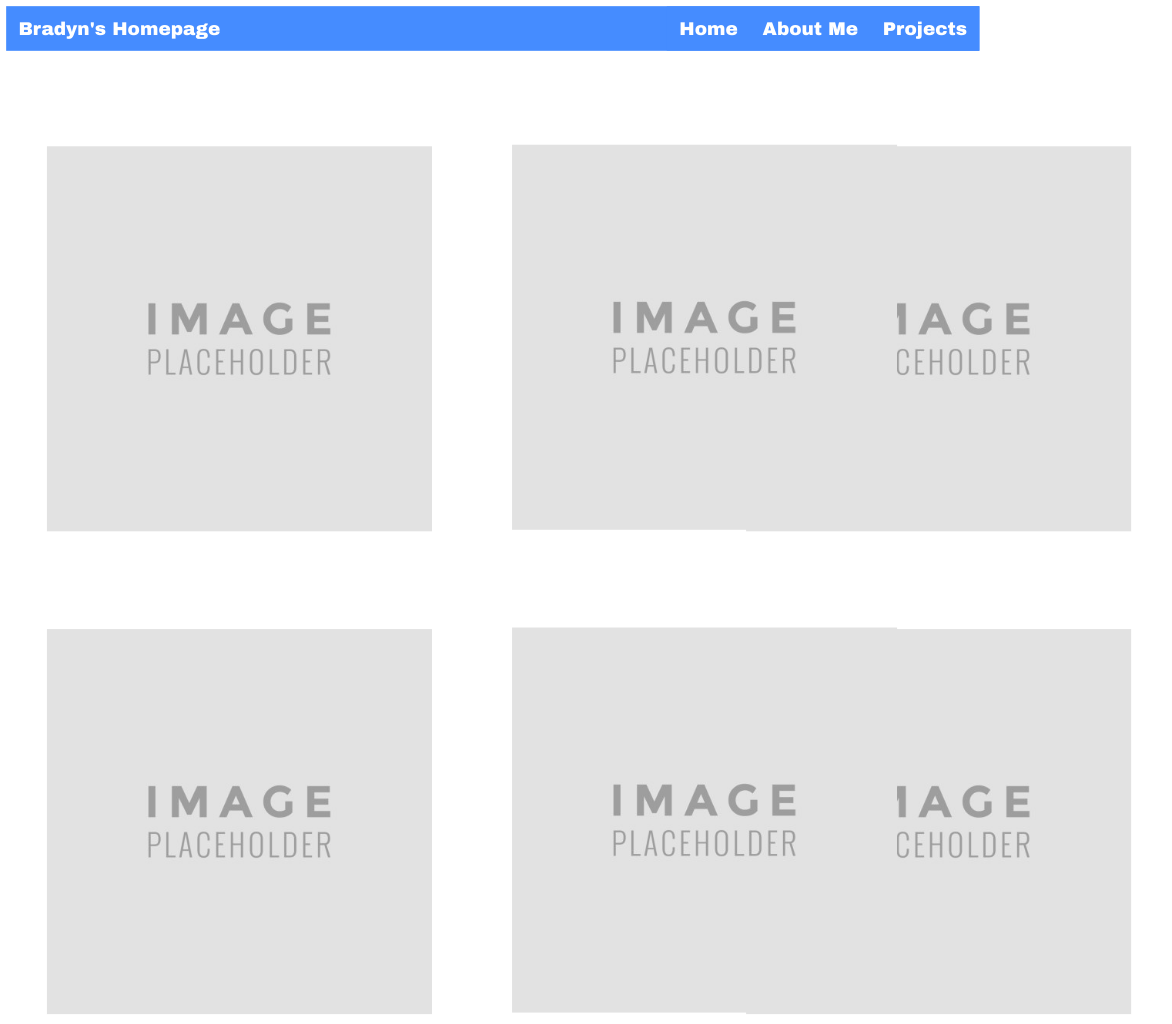
Repository: br4y/br4y.github.io
Page: index.html
The author's editor kept a record of every edit. The page is drawn from the files as they stood at one moment, then again after the next edit.
The browser window is 1280 px wide. The page is 1522 px wide, so the pictures cover 1522 px, including what lies to the right of the window. The pictures show the whole page, at 77% of full size.

Above is the page before.

### index.html
<!DOCTYPE html>
<link href="StyleSheet.css" rel="stylesheet" type="text/css">
<html>
    <head>
    <div class="navbar">
        <a>Bradyn's Homepage</a>
        <div class="links">
          <a href="#">Home</a>
          <a href="#">About Me</a>
      <div class="dropdown">
        <div class="morelinks">Projects</div>
        <div class="dropdown-content">
          <a href="#">Projects</a>
          <a href="#">Projects</a>
        </div>
      </div>
     </div>

    </div>

    </head>

    <body>
        <table>
            <tr class="spacerow">
                <td>a</td>
                <td>a</td>
                <td>a</td>
            </tr>
            <tr class="row1">
                <td><img class="column1" src="images/placeholder.jpg"></img></td>
                <td><img class="column2" src="images/placeholder.jpg"></img></td>
                <td><img class="column3" src="images/placeholder.jpg"></img></td>
            <tr class="spacerow">
                <td>a</td>
                <td>a</td>
                <td>a</td>
            </tr>
            </tr>
            <tr class="row3">
                <td><img class="column1" src="images/placeholder.jpg"></img></td>
                <td><img class="column2" src="images/placeholder.jpg"></img></td>
                <td><img class="column3" src="images/placeholder.jpg"></img></td>
            </tr>
        </table>
    </body>

</html>

### StyleSheet.css
       .navbar{
        background-color: #458cff;
        width:100%;
        overflow: hidden;
        font-family:"Arial Black", Gadget, sans-serif;
      }

      .active {
        background-color:#3d80eb;;
      }

      .navbar a {
        color: white;
        font-size: 24px;
        text-decoration: none;
        padding:16px;
        float:left;
      }

      .links {
        font-family:"Arial Black", Gadget, sans-serif;
        background-color: #458cff;
        color: white;
        float: right;
        text-decoration: none;
        font-size: 24px;
      }

      .morelinks {
        color: white;
        font-size: 24px;
        text-decoration: none;
        padding:16px;
      }

      .navbar a:hover, .morelinks:hover {
        background-color: #3d80eb;
      }

      .dropdown:hover .dropdown-content {
        display:block;
      }

      .dropdown-content {
        position: absolute;
        z-index:  1;
        display:none;
        background-color: #458cff;
        font-family:"Arial Black", Gadget, sans-serif;
      }

      .dropdown {
        font-family:"Arial Black", Gadget, sans-serif;
        background-color: #458cff;
        color: white;
        float: right;
        text-decoration: none;
        font-size: 24px;

      }

      .dropdown-content a{
        float: none;
        display:block;
      }

    .dog {
        width:40px;
        height:40px;
        border-radius:50%;
        padding:5px;
        display:inline;
        vertical-align:middle;
    }

    .portrait {
        height:relative;
        width:50%;
        float:left;
    }

    .about-text {
        text-align:left;
        font-family:"Arial Black", Gadget, sans-serif;
        width:45%;
        height:relative;
        display:inline-block;
        margin-left:15px;
    }

    /*.dropdown:hover .dropdown-content {display: block;}*/
    /*.dropdown-content a:hover {background-color:#2376fc;}*/
    /*.dropdown:hover .dropbtn {background-color: #2376fc;}*/

    table {
        width:100%;
    }

    .column1{
        height:40%;
        float:left;
        padding-left:10%
    }

    .column2 {
        height:40%;
        margin-left:30%;
    }

    .column3 {
        height:40%;
        float: right;
        padding-right:10%;
    }

    .spacerow {
        height:100%;
        padding-top:50px;
        color:white;
        font-size:100px;
    }

    .navbuttons {
        margin-right:10px;
        padding-right:20px;
        background-color:#458cff;
        display:inline-block;
        text-align: right;
        color:white;
        font-size:75%;
        font-family:"Arial Black", Gadget, sans-serif;
    }

After the next edit:
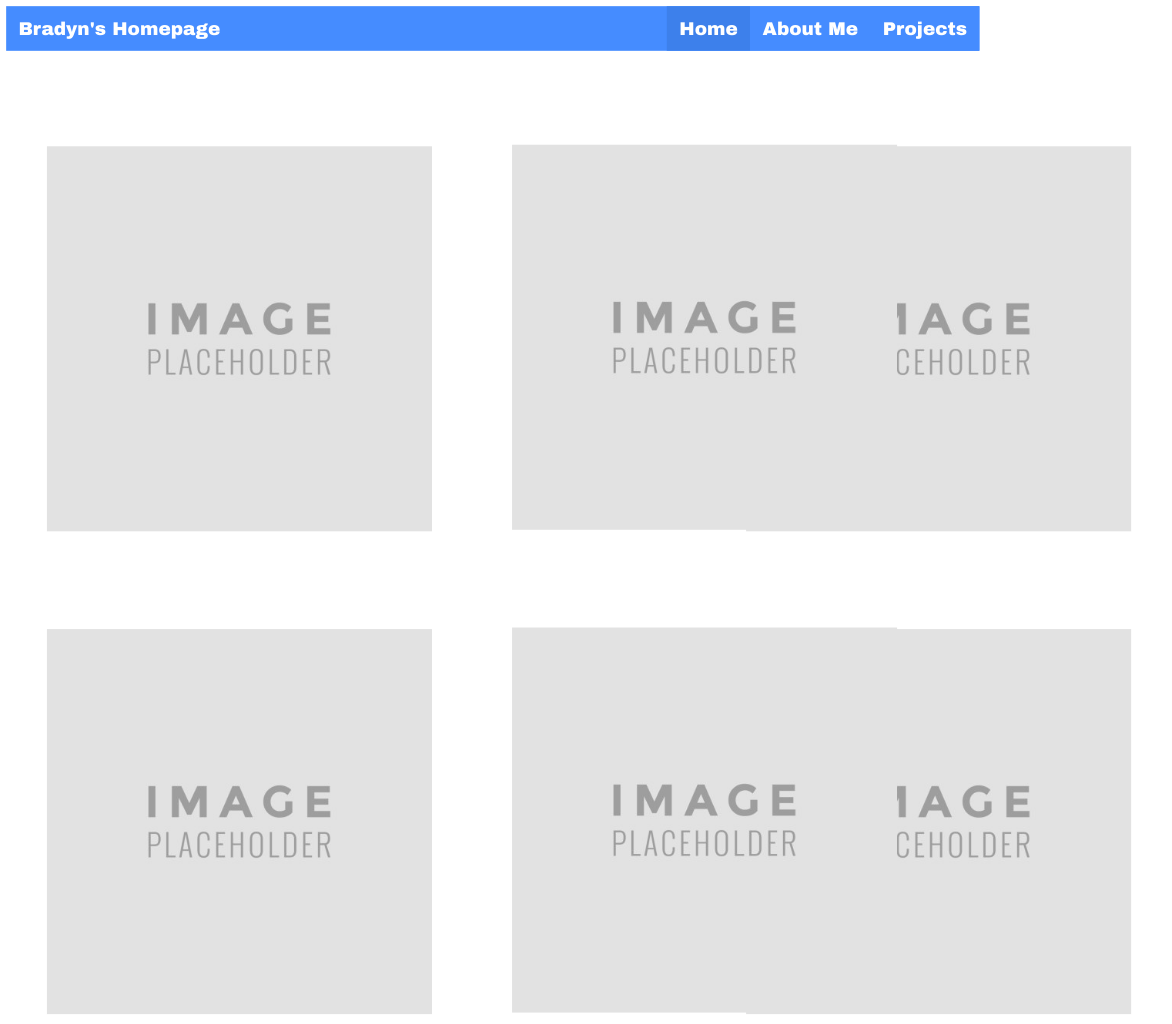
The edit:
--- a/index.html
+++ b/index.html
@@ -5,8 +5,8 @@
     <div class="navbar">
         <a>Bradyn's Homepage</a>
         <div class="links">
-          <a href="#">Home</a>
-          <a href="#">About Me</a>
+          <a class="active" href="index.html">Home</a>
+          <a href="about.html">About Me</a>
       <div class="dropdown">
         <div class="morelinks">Projects</div>
         <div class="dropdown-content">
